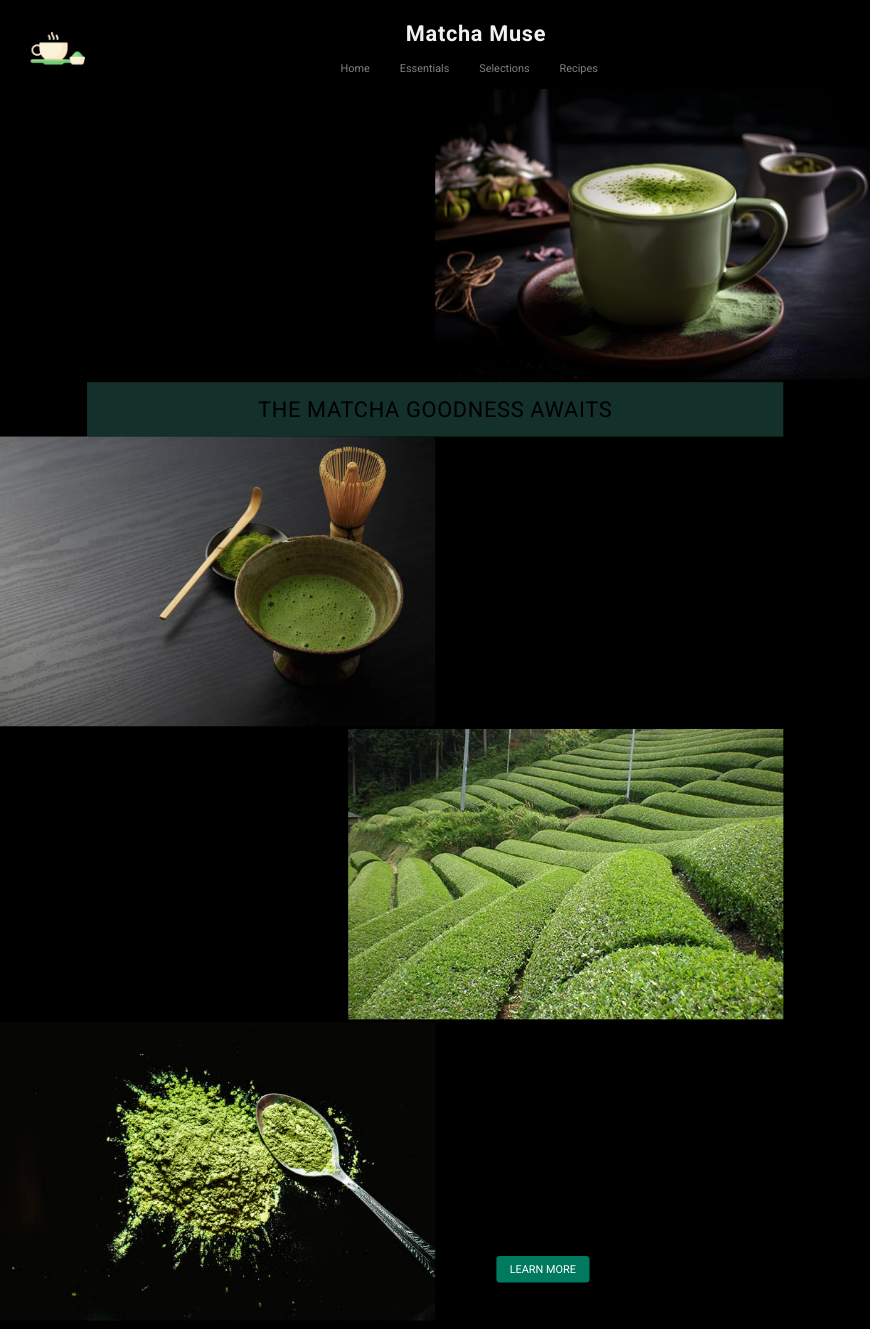
Repository: ericazz17/matchawebsite
Page: main.html
An editor plug-in stored every save of this project. The page is shown before and after a run of saves, followed by the edit.
The browser window is 1280 px wide. The pictures show the whole page, at 68% of full size.
The pointer rests on the first visible `.learn-more-button`.

Above is the page before, as saved 2023-09-20 04:36:37.

After the next 6 saves:
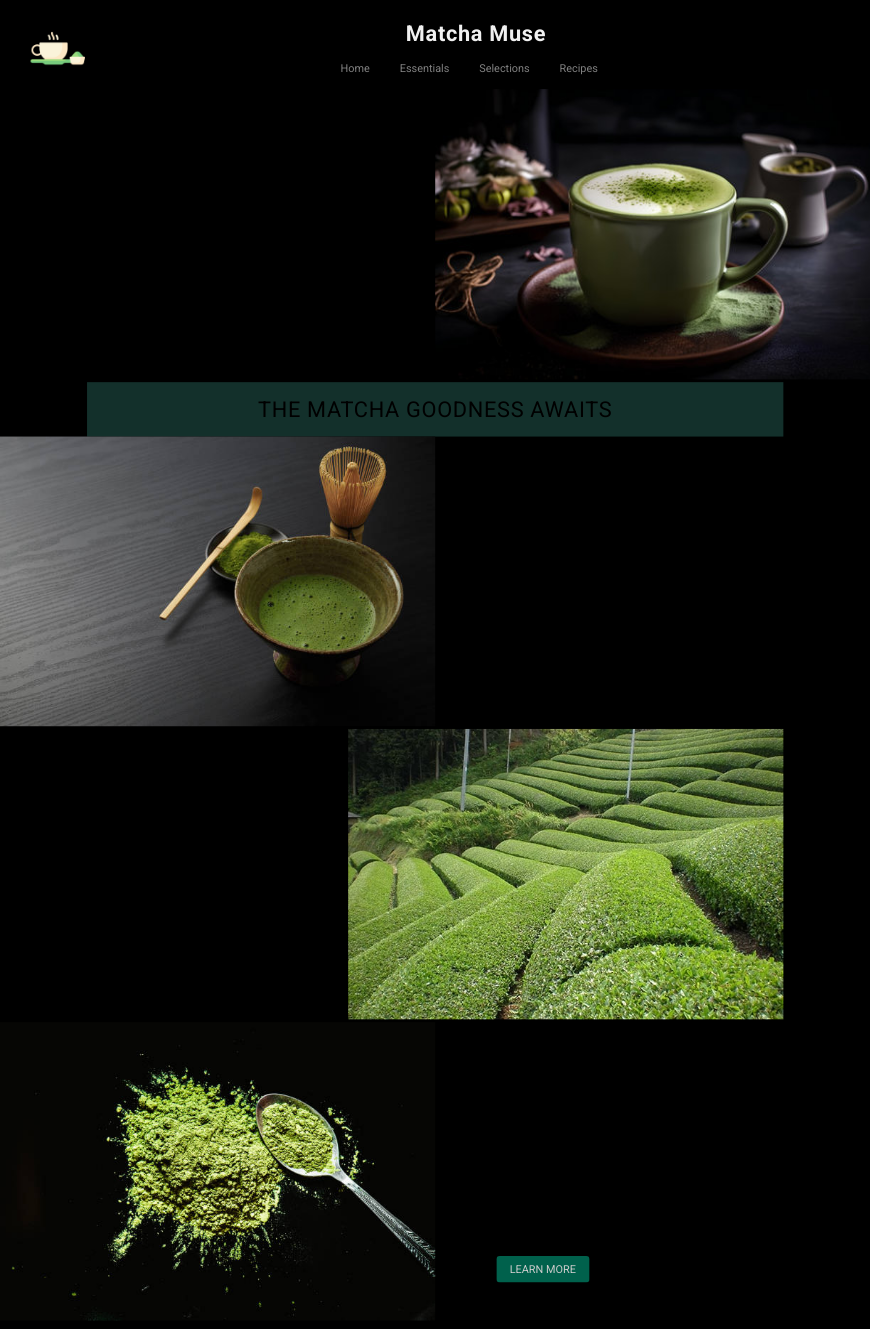
The 6 saves are shown as one change because they came seconds apart.
The last was saved 47 s later.
--- a/main.css
+++ b/main.css
@@ -216,5 +216,6 @@
 }
 
 .learn-more-button:hover {
-
-}
+    opacity:0.8;
+
+}
